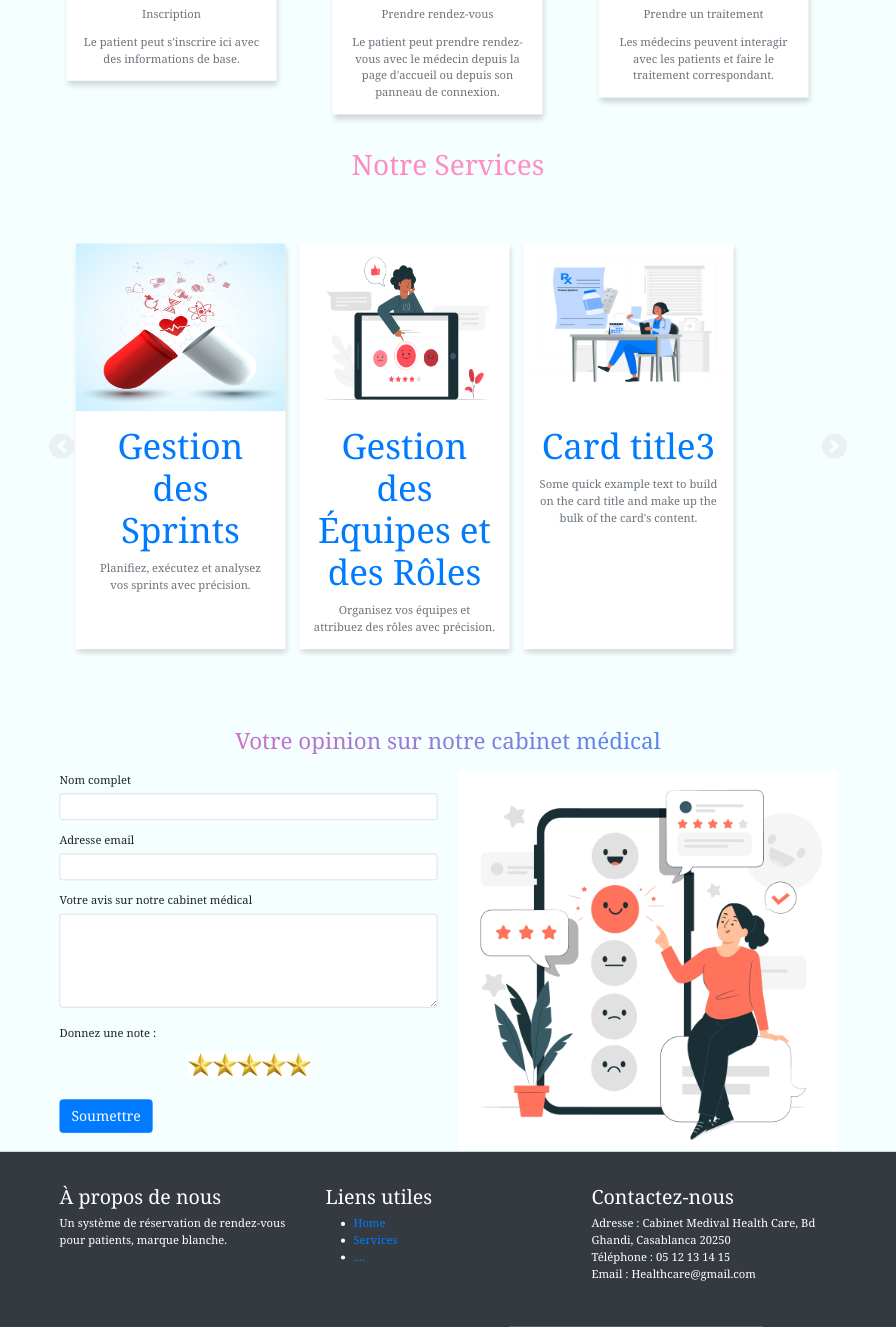
Repository: SalmaElhaou/Scrum-Project
Page: http://localhost/
These files come from the project's save history. The page is drawn as it stood at one moment and after the next save; the edit follows.
The browser window is 1280 px wide. The pictures show the part of the page from y = 1448 to 3368 px (the page is 3344 px tall before and 3368 px after), at 70% of full size.
Some web libraries are served in a nearby version. The page is served by the project's Laravel application, run on PHP 8.4 with Laravel 10.

Above is the page before, as saved 2025-02-01 22:12:51.
Console error: TypeError: Cannot read properties of null (reading 'addEventListener')

After the next save:
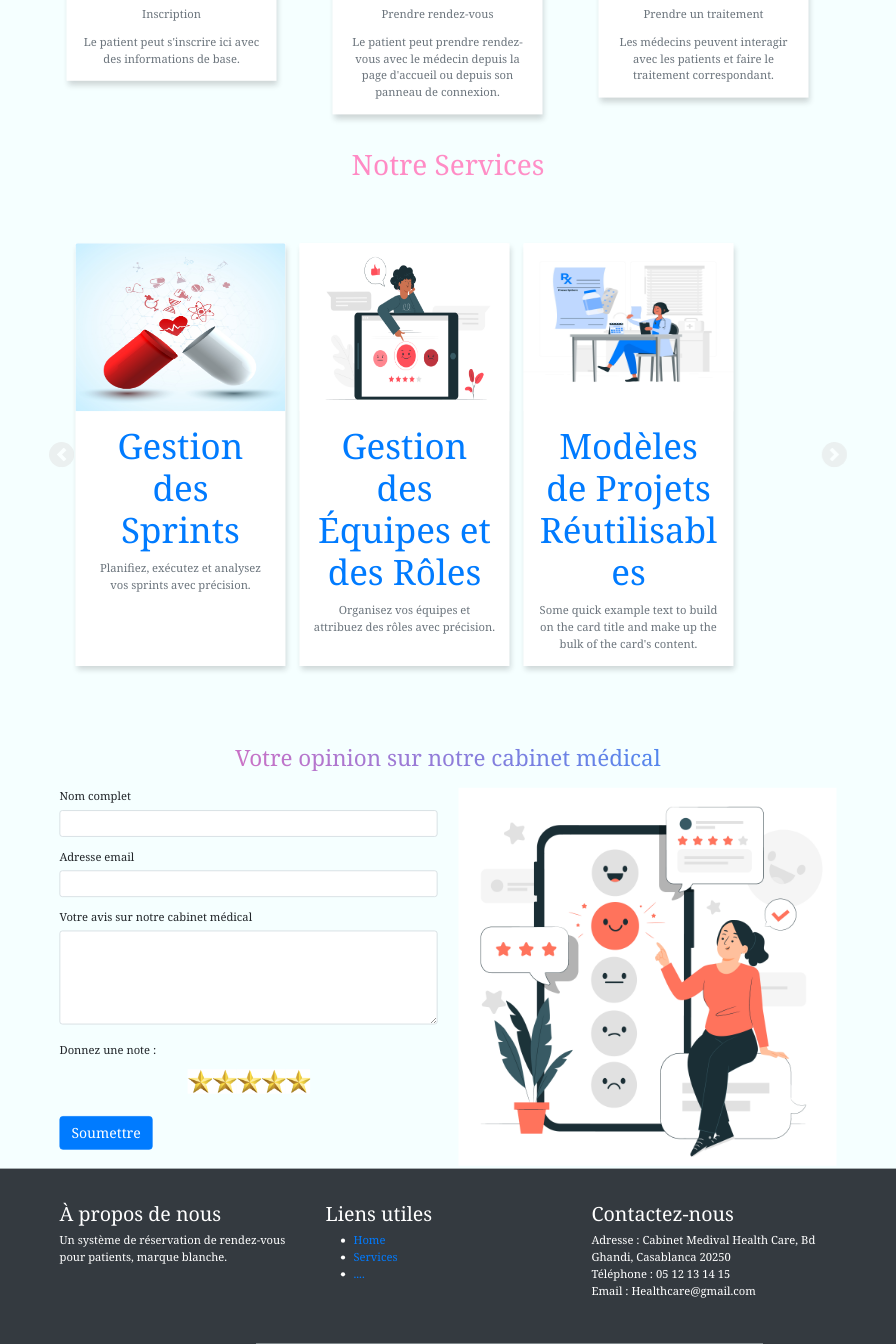
Saved 20 s later.
--- a/resources/views/welcome.blade.php
+++ b/resources/views/welcome.blade.php
@@ -520,7 +520,7 @@
             <div class="card">
               <img src="img/5789876.jpg" class="card-img-top" alt="...">
               <div class="card-body">
-                <h5 class="card-title">Card title3</h5>
+                <h5 class="card-title">Modèles de Projets Réutilisables</h5>
                 <p class="card-text">Some quick example text to build on the card title and make up the bulk of the card's content.</p>
               </div>
             </div>
